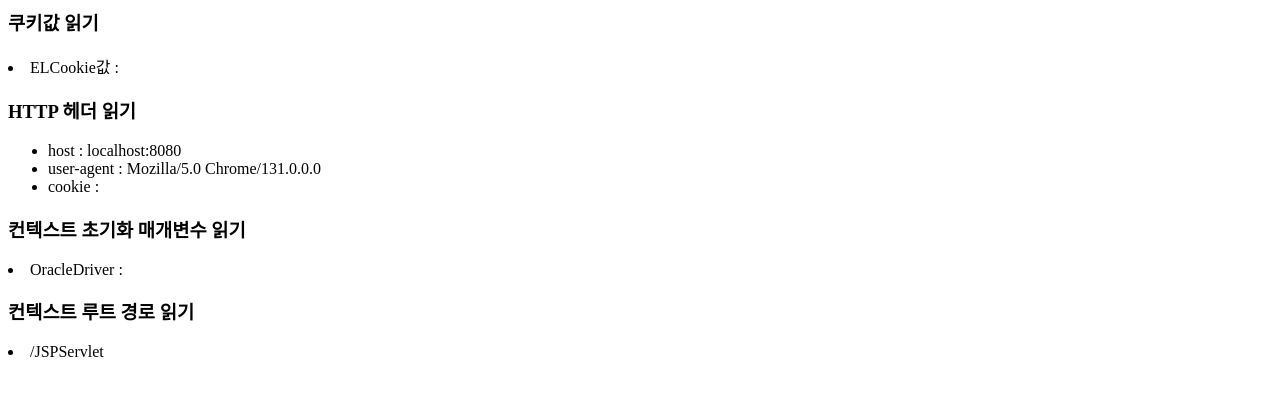
Repository: ssing365/JSPStudy
Page: http://localhost/JSPServlet/08EL/E07_OtherImplicitObj.jsp
These files come from the project's save history. The page is drawn as it stood at one moment and after the next save; the edit follows.
The browser window is 1280 px wide. The pictures show the whole page.
The page is served by Tomcat 10.

Above is the page before, as saved 2024-11-01 00:54:41.

After the next save:
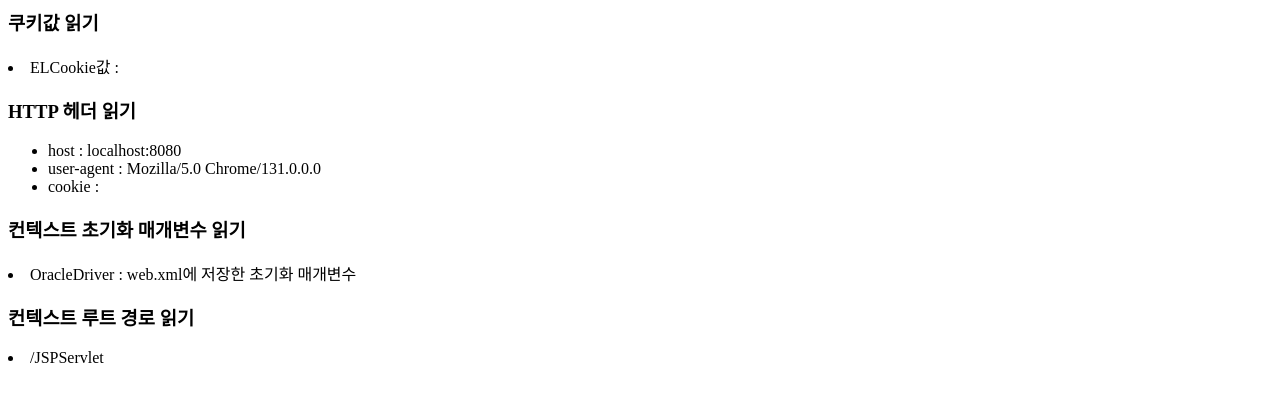
Saved 68 s later.
--- a/JSPServlet/src/main/webapp/08EL/E07_OtherImplicitObj.jsp
+++ b/JSPServlet/src/main/webapp/08EL/E07_OtherImplicitObj.jsp
@@ -30,7 +30,7 @@ CookieManager.makeCookie(response, "ELCookie", "EL좋아요", 10);
 
     <!-- web.xml에 기술한 내용을 읽어온다. -->
     <h3>컨텍스트 초기화 매개변수 읽기</h3>
-    <li>OracleDriver : ${ INIT_PARAM.OracleDriver }</li>
+    <li>OracleDriver : ${ initParam.INIT_PARAM }</li>
 
     <!-- 이클립스 환경에서는 "프로젝트명/" 과 같이 출력된다.  -->
     <h3>컨텍스트 루트 경로 읽기</h3>
